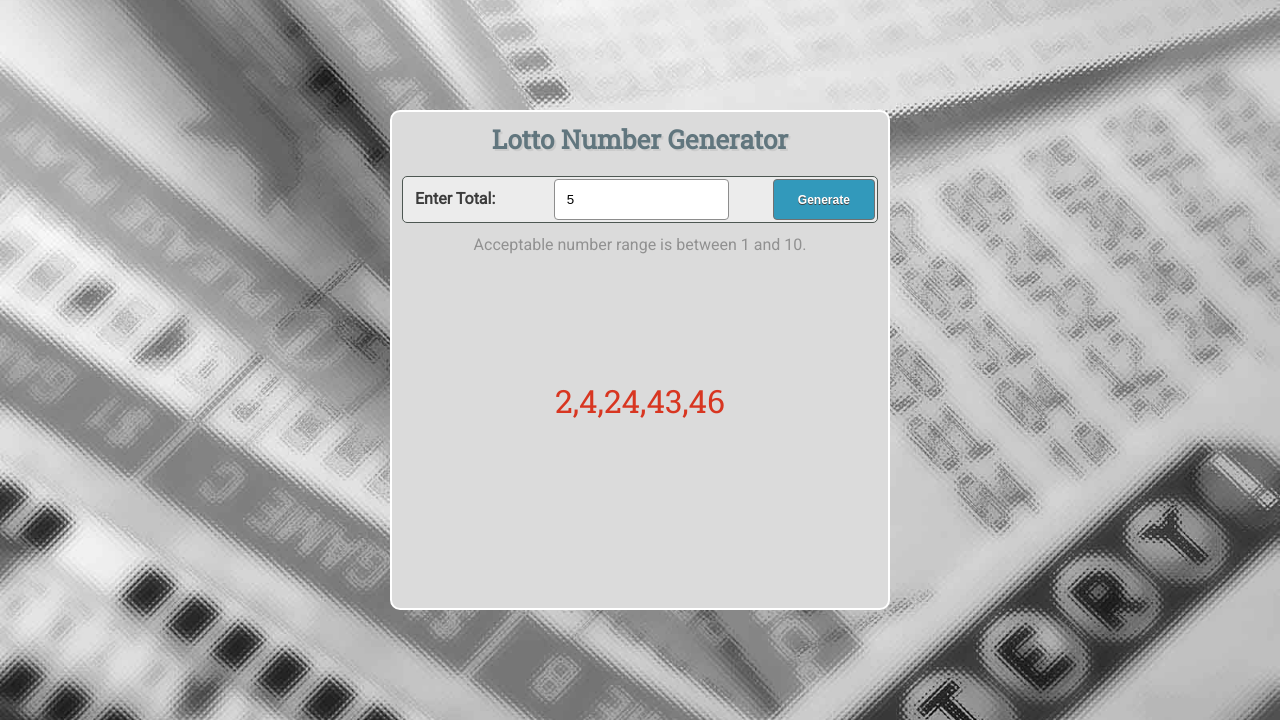
Repository: cixmo/CSIS1430
Page: lottery/index.html
An editor plug-in stored every save of this project. The page is shown before and after a run of saves, followed by the edit.
The browser window is 1280 px wide. The pictures show the whole page.
Empty fields were first filled with sample values (such as "Sample", 5 or name@example.com).
After loading, the first visible `#generate` was clicked once.

Above is the page before, as saved 2020-04-24 22:16:50.
Console error: TypeError: Cannot set properties of null (setting 'innerHTML')

### lottery/index.html
<!DOCTYPE html>
<html lang="en">
<head>
    <meta charset="UTF-8">
    <title>The Lottery Game &gt; Michael Williams</title>
    <link rel="stylesheet" type="text/css" href="css/styles.css">
    <script src="js/script.js"></script>
</head>
<body>
    <div id="main" class="container column">
        <div class="title slab">Lotto Number Generator</div>
        <div class="wrapper row">
            <div class="label">Enter Total:</div>
            <div class="form">
                <form><input id="amount" type="number" name="amount" min="1" max="10" placeholder="1-10"></form>
            </div>
            <button type="button" class="button" id="generate" onclick="generate()">Generate</button>
        </div>
        <div class="wrapper-error">Acceptable number range is between 1 and 10.</div>
        <div class="output slab"><span id="output-title"></span><br><span id="output"></span></div>
    </div>
</body>
</html>

### lottery/css/styles.css
@import url('https://fonts.googleapis.com/css?family=Roboto|Roboto+Slab&display=swap');

* {
    margin: 0;
    padding: 0;
    box-sizing: border-box;
}

html {
    background: url(../img/background.jpg) no-repeat center center fixed;
    -webkit-background-size: cover;
    -moz-background-size: cover;
    -o-background-size: cover;
    background-size: cover;
}

body {
    font-family: 'Roboto', sans-serif;
    position: absolute;
    display: flex;
    overflow: hidden;
    width: 100%;
    height: 100%;
    justify-content: center;
    align-items: center;
}

div#main {
    height: 500px;
    width: 500px;
    background-color: rgb(219, 219, 219);
    border: 2px solid rgb(255, 255, 255);
    border-radius: 10px;
}

.container { display: flex; }
.column { flex-direction: column; }
.slab { font-family: 'Roboto Slab', serif;}

.title {
    padding: 10px;
    font-size: 26px;
    font-weight: bold;
    text-align: center;
    color: #61767E;
    text-shadow: 2px 2px #CCCCCC;

}

.wrapper {
    display: inherit;
    flex-direction: row;
    margin: 10px;
    padding: 2px;
    background-color: rgb(236, 236, 236);
    border: 1px solid rgb(77, 87, 82);
    border-radius: 5px;
}

.label {
    order: 1;
    flex-grow: 1;
    padding: 10px;
    font-weight: bold;
    color: #3c3c3c;
}

.form {
    order: 2;
    flex-grow: 3;
}

.form input[type=number] {
    margin: 0 auto;
    width: 80%;
    padding: 12px;
    border: 1px solid #8d8d8d;
    resize: vertical;
    border-radius: 4px;
  }

.button {
    order: 3;
    flex-grow: 1;
    background-color:#3299BB;
    color: white;
    font-size: 12px;
    font-weight: 600;
    text-shadow: 0px 1px #424242;
    border: 1px solid #707070;
    border-radius: 4px;
}

.button:hover {
    background-color:rgb(63, 171, 207);
}



.wrapper-error {
    padding: 2px;
    text-align: center;
    color: #919191;
}


.output {
    padding: 80px 10px 10px 10px;
    color: #D83621;
    text-align: center;
    font-size: 32px;
}

### lottery/js/script.js
let lotto = [];
let amount;
let num;
let event;

function generate() {
    let amount = +document.getElementById('amount').value;
    switch (true) {
        case amount < 1:
        case amount > 10:
            document.getElementsByClassName("wrapper-error").innerHTML = "Please choose a number between 1 and 10.";
            document.getElementsByClassName("output").innerHTML = "";
            break;
        default:
            lotto.length = 0;
            for (num = 0; num < amount; num++) {
                lotto.push(Math.floor(Math.random() * 60) + 1);
            }
            lotto.sort(function(a,b){return a-b});
            document.getElementsByClassName("output-title").innerHTML = "Your Lotto Numbers are: ";
            document.getElementById("output").innerHTML = lotto;
            document.getElementById("button").innerHTML = "Regenerate";
            console.log(lotto);
            break;
        }
    }

After the next 2 saves:
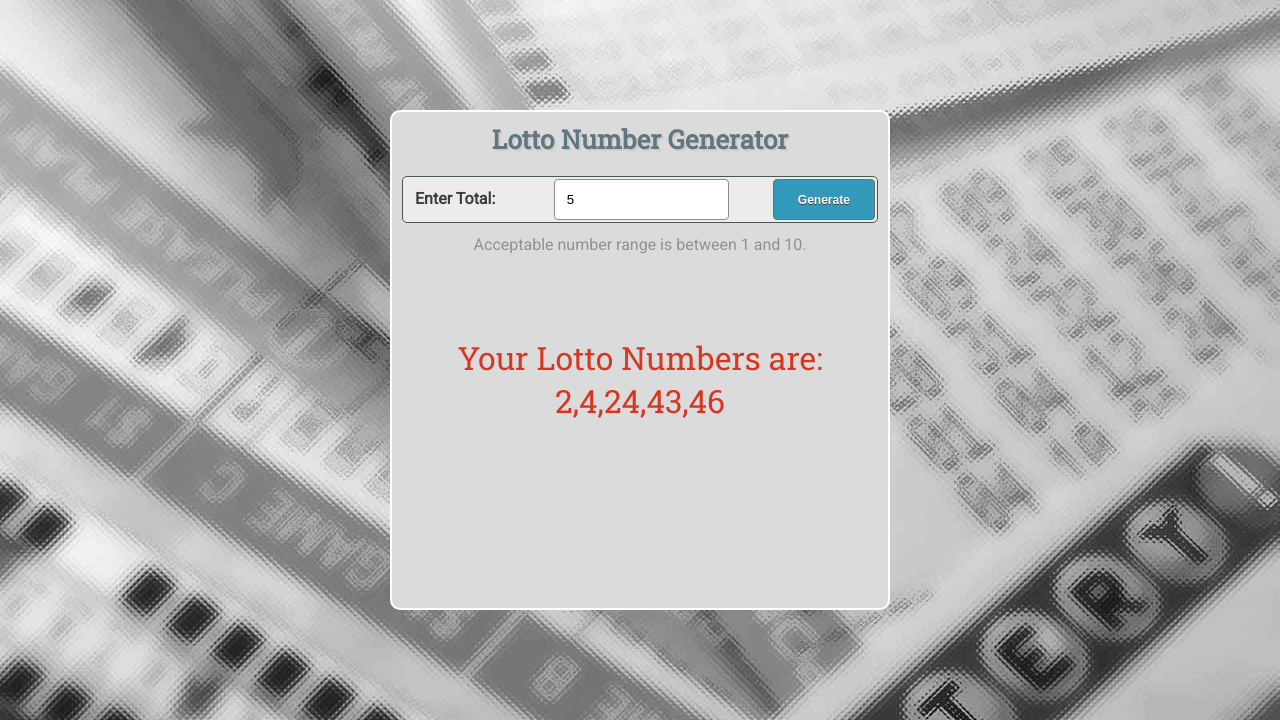
The 2 saves are shown as one change because they came seconds apart.
The last was saved 7 s later.
--- a/lottery/js/script.js
+++ b/lottery/js/script.js
@@ -17,7 +17,7 @@ function generate() {
                 lotto.push(Math.floor(Math.random() * 60) + 1);
             }
             lotto.sort(function(a,b){return a-b});
-            document.getElementsByClassName("output-title").innerHTML = "Your Lotto Numbers are: ";
+            document.getElementById("output-title").innerHTML = "Your Lotto Numbers are: ";
             document.getElementById("output").innerHTML = lotto;
             document.getElementById("button").innerHTML = "Regenerate";
             console.log(lotto);
